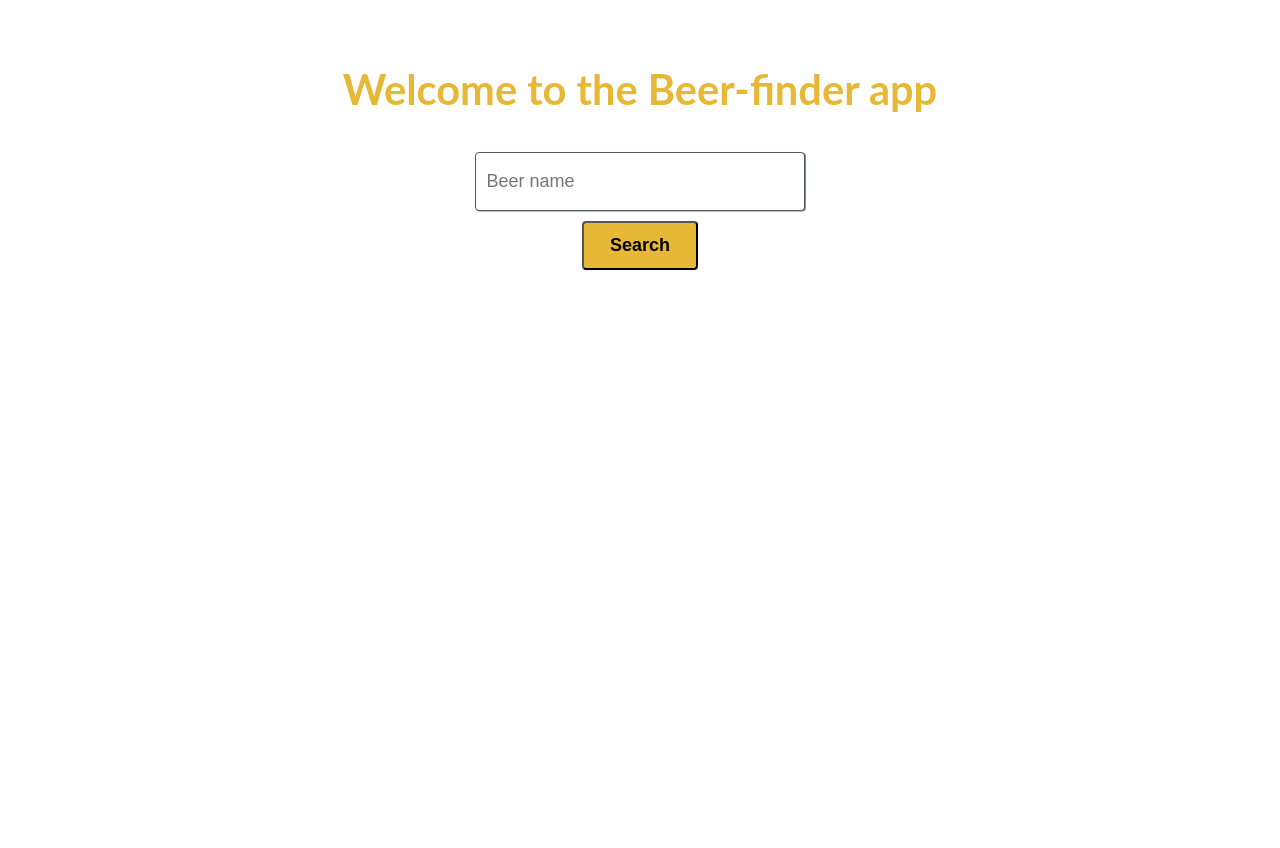
Repository: marcinszymaszek/beer-finder
Page: /
These files come from the project's save history. The page is drawn as it stood at one moment and after the next save; the edit follows.
The browser window is 1280 px wide. The pictures show the whole page.
The project was rebuilt for these pictures with package versions that can differ from the ones it lists, and the page was loaded fresh each time.

Above is the page before, as saved 2020-05-11 23:06:10.

### public/index.html
<!DOCTYPE html>
<html lang="en">
  <head>
    <meta charset="utf-8" />
    <link rel="icon" href="%PUBLIC_URL%/favicon.ico" />
    <meta name="viewport" content="width=device-width, initial-scale=1" />
    <meta name="theme-color" content="#000000" />
    <meta
      name="description"
      content="Web site created using create-react-app"
    />
    <link rel="apple-touch-icon" href="%PUBLIC_URL%/logo192.png" />
    <!--
      manifest.json provides metadata used when your web app is installed on a
      user's mobile device or desktop. See https://developers.google.com/web/fundamentals/web-app-manifest/
    -->
    <link rel="manifest" href="%PUBLIC_URL%/manifest.json" />
    <!--
      Notice the use of %PUBLIC_URL% in the tags above.
      It will be replaced with the URL of the `public` folder during the build.
      Only files inside the `public` folder can be referenced from the HTML.

      Unlike "/favicon.ico" or "favicon.ico", "%PUBLIC_URL%/favicon.ico" will
      work correctly both with client-side routing and a non-root public URL.
      Learn how to configure a non-root public URL by running `npm run build`.
    -->
    <title>Beer-finder App</title>
  </head>
  <body>
    <noscript>You need to enable JavaScript to run this app.</noscript>
    <div id="root"></div>
    <!--
      This HTML file is a template.
      If you open it directly in the browser, you will see an empty page.

      You can add webfonts, meta tags, or analytics to this file.
      The build step will place the bundled scripts into the <body> tag.

      To begin the development, run `npm start` or `yarn start`.
      To create a production bundle, use `npm run build` or `yarn build`.
    -->
  </body>
</html>

### src/index.js
import React from 'react';
import ReactDOM from 'react-dom';
import './index.css';
import App from './components/main/App';
import * as serviceWorker from './serviceWorker';

ReactDOM.render(
  <React.StrictMode>
    <App />
  </React.StrictMode>,
  document.getElementById('root')
);

// If you want your app to work offline and load faster, you can change
// unregister() to register() below. Note this comes with some pitfalls.
// Learn more about service workers: https://bit.ly/CRA-PWA
serviceWorker.unregister();

### src/components/main/App.js
import React, { useState, useEffect } from 'react';
import './App.css';
import Search from '../search/Search'


const App = () => {

  return (
    <div className="main-container">
      <h1 className="app-title">Welcome to the Beer-finder app</h1>
      <Search />
    </div>
  );
}

export default App;

### src/components/main/App.css
.main-container {
  font-family: Lato, sans-serif;
  font-size: 1.5em;
  height: 100vh;
  line-height: 20px;
  font-size: 1.3rem;
  text-align: center;
  margin: 5% 20%;
}

h1{
  color: #e7b835;
}

.app-title{
  line-height: normal;
}

@media (max-width: 790px)  {
  .main-container  {
    font-size: 1.2em;
  }
}

@media (max-width: 580px)  {
  .main-container  {
    height: auto;
    margin-bottom: 20%;
    margin-left: 15%;
    margin-right: 15%;
  }
}

### src/components/search/Search.js
import React, { useState, useEffect } from 'react';
import './Search.css';
import axios from 'axios';

const Search = () => {

    const [searchValue, setSearchValue] = useState('');
    const [beers, setBeers] = useState([]);

    const handleOnChange = event => {
        setSearchValue(event.target.value);
    };

    const makeApiCall = searchInput => {

        let searchUrl = `https://api.punkapi.com/v2/beers?beer_name=${searchInput}`;

        axios.get(searchUrl).then(response => {
            const beer = response.data;
            setBeers(beer);

        })
            .catch(error => console.log(error));
    };

    const handleSearch = () => {
        makeApiCall(searchValue);
    };

    return (
        <div className="inline-container">
            <div className="input-container">
                <input
                    name="text"
                    type="text"
                    placeholder="Beer name"
                    onChange={event => handleOnChange(event)}
                    value={searchValue}
                />
            </div>
            <button onClick={handleSearch}>Search</button>

            {beers ?
                (<div>
                    {beers.map((beer, index) => (
                        <div key={index}>
                            <img src={beer.image_url} alt="beer-thumbnail" />
                            <h2>{beer.name}</h2>
                        </div>))}
                </div>)
                : (<p>Not found such beer, find another one..</p>)
            }
        </div>
    )
}

export default Search;

### src/components/search/Search.css
.inline-container {
    flex-flow: wrap;
    align-content: center;
    align-items: stretch;
    justify-content: space-around;
}

input {
    width: 40%;
    margin: 10px;
    padding: 18px 10px;
    border-radius: 4px;
    border: 1px solid #4e5766;
    box-shadow: 1px 0.5px #888888;
    font-size: 18px;
}

.input-container {
    width: 100%;
}

    button {
        padding: 12px 10px;
        width: 15%;
        border-radius: 4px;
        background-color: #e7b835;
        cursor: pointer;
        font-size: 18px;
        font-weight: 600;
    }

    button:hover {
        background-color: #e7bf50;
    }


@media (max-width: 790px)  {

    button {
        width: 40%;
    }

    input {
        width: 80%;
    }

    .inline-container {
        justify-content: space-evenly;
    }
}

@media (max-width: 580px)  {
    input {
        width: 100%;
        margin: 20px 0px;
        padding: 18px 10px;
    }

    button {
        width: 100%;
    }
  }

Loaded but not shown: src/index.css (common file); src/serviceWorker.js (common file)

After the next save:
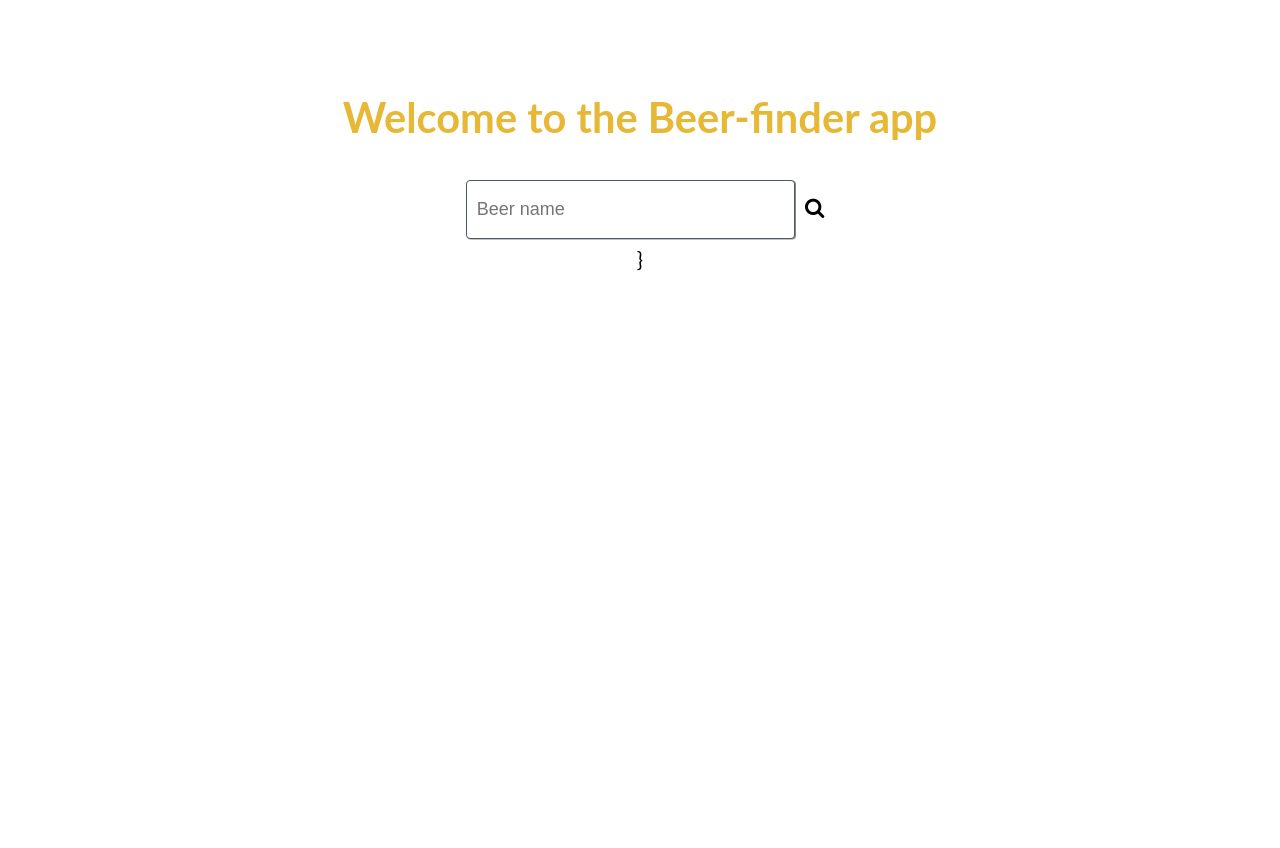
Saved 2 days later.
--- a/public/index.html
+++ b/public/index.html
@@ -3,6 +3,7 @@
   <head>
     <meta charset="utf-8" />
     <link rel="icon" href="%PUBLIC_URL%/favicon.ico" />
+    <link rel="stylesheet" href="https://stackpath.bootstrapcdn.com/font-awesome/4.7.0/css/font-awesome.min.css">
     <meta name="viewport" content="width=device-width, initial-scale=1" />
     <meta name="theme-color" content="#000000" />
     <meta
--- a/src/components/main/App.js
+++ b/src/components/main/App.js
@@ -7,7 +7,6 @@ const App = () => {
 
   return (
     <div className="main-container">
-      <h1 className="app-title">Welcome to the Beer-finder app</h1>
       <Search />
     </div>
   );
--- a/src/components/main/App.css
+++ b/src/components/main/App.css
@@ -6,10 +6,6 @@
   font-size: 1.3rem;
   text-align: center;
   margin: 5% 20%;
-}
-
-h1{
-  color: #e7b835;
 }
 
 .app-title{
--- a/src/components/search/Search.js
+++ b/src/components/search/Search.js
@@ -4,51 +4,27 @@ import axios from 'axios';
 
 const Search = () => {
 
-    const [searchValue, setSearchValue] = useState('');
-    const [beers, setBeers] = useState([]);
+    const [query, setQuery] = useState('');
+    const [results, setResults] = useState({});
+    const [loading, setLoading] = useState(false);
+    const [message, setMessage] = useState('');
 
-    const handleOnChange = event => {
-        setSearchValue(event.target.value);
-    };
-
-    const makeApiCall = searchInput => {
-
-        let searchUrl = `https://api.punkapi.com/v2/beers?beer_name=${searchInput}`;
-
-        axios.get(searchUrl).then(response => {
-            const beer = response.data;
-            setBeers(beer);
-
-        })
-            .catch(error => console.log(error));
-    };
-
-    const handleSearch = () => {
-        makeApiCall(searchValue);
-    };
 
     return (
         <div className="inline-container">
+            <h1 className="app-title">Welcome to the Beer-finder app</h1>
             <div className="input-container">
-                <input
-                    name="text"
-                    type="text"
-                    placeholder="Beer name"
-                    onChange={event => handleOnChange(event)}
-                    value={searchValue}
-                />
+                <label className="search-label" htmlFor="search-input">
+                    <input
+                        id="search-input"
+                        type="text"
+                        placeholder="Beer name"
+                        value=""
+                    />
+                    <i className="fa fa-search search-icon" />
+                </label>
             </div>
-            <button onClick={handleSearch}>Search</button>
 
-            {beers ?
-                (<div>
-                    {beers.map((beer, index) => (
-                        <div key={index}>
-                            <img src={beer.image_url} alt="beer-thumbnail" />
-                            <h2>{beer.name}</h2>
-                        </div>))}
-                </div>)
-                : (<p>Not found such beer, find another one..</p>)
             }
         </div>
     )
--- a/src/components/search/Search.css
+++ b/src/components/search/Search.css
@@ -4,6 +4,10 @@
     align-items: stretch;
     justify-content: space-around;
 }
+
+h1{
+    color: #e7b835;
+  }
 
 input {
     width: 40%;
